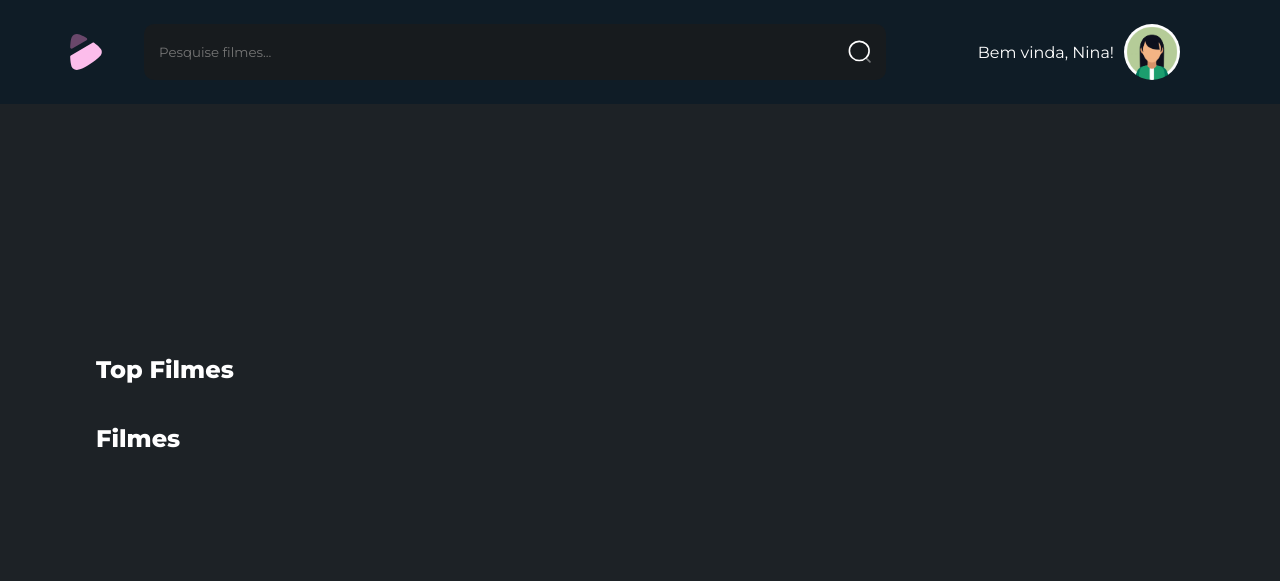
Repository: MilenaMelo/Cubos-Flix
Page: / (app in cubos-flix/)
These files come from the project's save history. The page is drawn as it stood at one moment and after a run of saves; the edit follows.
The browser window is 1280 px wide. The pictures show the whole page.
The project was rebuilt for these pictures with package versions that can differ from the ones it lists, and the page was loaded fresh each time. Also part of the build but not shown: cubos-flix/src/components/Bag/style.css.

Above is the page before, as saved 2021-06-19 15:02:38.

### cubos-flix/public/index.html
<!DOCTYPE html>
<html lang="en">
  <head>
    <meta charset="utf-8" />
    <link rel="icon" href="%PUBLIC_URL%/favicon.ico" />
    <meta name="viewport" content="width=device-width, initial-scale=1" />
    <meta name="theme-color" content="#000000" />
    <meta
      name="description"
      content="Web site created using create-react-app"
    />
    <link rel="apple-touch-icon" href="%PUBLIC_URL%/logo192.png" />
    <link rel="manifest" href="%PUBLIC_URL%/manifest.json" />
    <title>Cubos Flix</title>
  </head>
  <body>
    <noscript>You need to enable JavaScript to run this app.</noscript>
    <div id="root"></div>

  </body>
</html>

### cubos-flix/src/App.js
import './App.css';
import Navbar from './components/Navbar';
import Bag from './components/Bag';


function App() {
  return (
    <div className="app">
      <header className="header">
        <Navbar/>
      </header>
      <section className="content">
        <div className="top-movies">
          <h1>Top Filmes</h1>

        </div>
        <div className="all-movies">
          <h1>Filmes</h1>

        </div>

      </section>
      <section className="side-content">
        <Bag/>
      </section>
    </div>
  );
}

export default App;

### cubos-flix/src/App.css
@import url('https://fonts.googleapis.com/css2?family=Montserrat:wght@400;600;800&display=swap');

/* ----------- SCREEN ----------- */
* {
    margin: 0px;
    font-family: 'Montserrat', sans-serif;
    color: #FFFFFF;
}

/* ----------- APPLICATION ----------- */

.app {
    height: 100vh;
    display: grid;
    grid-template-areas: 'header header'
                         'content side-content';
    grid-gap: 24px 50px;
    background-color: #1D2226;
}

.header {
    grid-area: header;
}

.content {
    grid-area: content;
}

.side-content {
    grid-area: side-content;
}

/* ----------- MAIN CONTENT ----------- */

.content {
    padding-left: 96px;
}

.top-movies, .all-movies {
    margin-bottom: 40px;
}

### cubos-flix/src/components/Navbar/index.js
import './style.css'
import logo from '../../assets/images/logo.svg'
import search_icon from '../../assets/images/search-icon.svg'
import profile_img from '../../assets/images/profile.jpg'


function Navbar() {
    return (
        <header className='navbar'>
            <img className='logo' src={logo} alt="logo"/>
            <div className='search-container'>
                <input className='search-input' type="text" name="Pesquisa" placeholder="Pesquise filmes..."/>
                <img className='search-img' src={search_icon} alt="Input de pesquisa"/>
            </div>
            <div className='profile-container'>
                <span>Bem vinda, Nina!</span>
                <img className='profile-img' src={profile_img} alt="Foto de perfil"/>
            </div>
        </header>
    );
}

export default Navbar;

### cubos-flix/src/components/Bag/index.js
import './style.css'

function Bag() {
    return (
        <div className='bag-container'>
          <header className='bag-header'>

          </header>
          <div className='bag-content'>

          </div>
        </div>
    );
}

export default Bag;

### cubos-flix/src/components/Navbar/style.css
/* ----------- NAVBAR ----------- */

.navbar {
    display: flex;
    padding: 24px 100px 24px 70px;
    background: #0F1C26;
}

/* ----------- LOGO ----------- */

.logo {
    margin-right: 42px;
}

/* ----------- SEARCH ----------- */

.search-container {
    display: flex;
    flex-grow: 1;
    position: relative;
    margin-right: 92px;
}

.search-input {
    width: 100%;
    outline: 0;
    padding: 16px 14px;
    border-radius: 10px;
    border: 1px solid transparent;
    background: #171B1E;
}

.search-input:hover {
    border: 1px solid #8C8C8C;
}

.search-input:focus {
    border: 1px solid #FDFDFD;
}

.search-img {
    height: 24px;
    cursor: pointer;
    align-self: center;
    position: absolute;
    right: 15px;
}

/* ----------- PROFILE ----------- */

.profile-container {
    display: flex;
    align-items: center;
    gap: 10px;
}

.profile-img {
    height: 56px;
    border-radius: 50%;
}

Loaded but not shown: cubos-flix/src/index.js (common file)

After the next 2 saves:
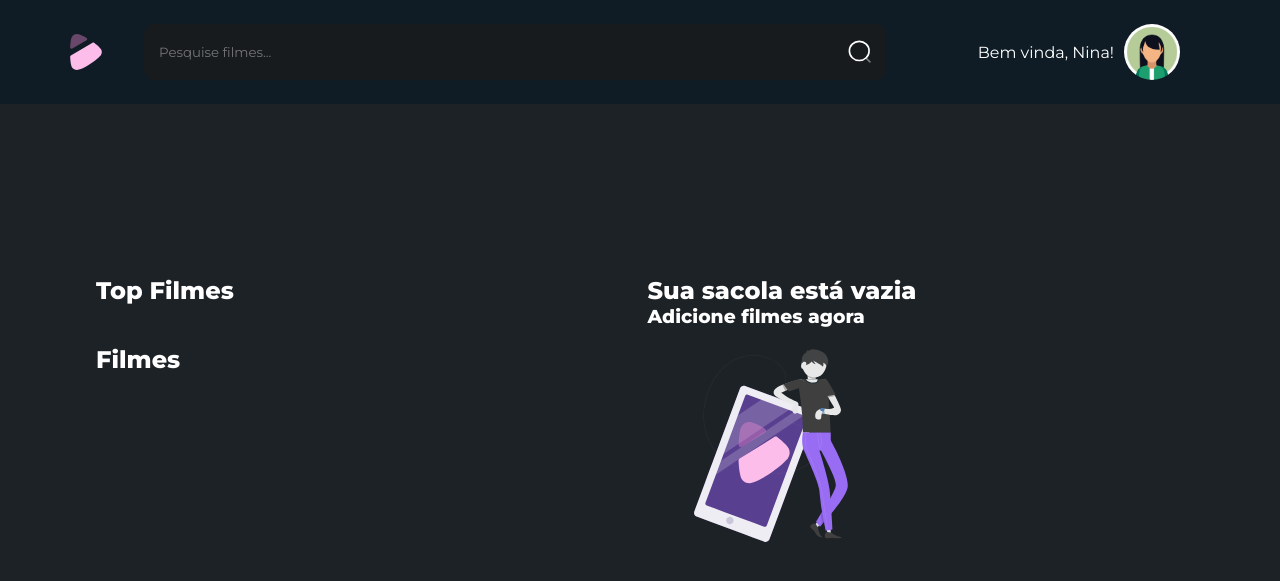
The 2 saves are shown as one change because 1 did not build or start.
The last was saved 111 s later.
--- a/cubos-flix/src/components/Bag/index.js
+++ b/cubos-flix/src/components/Bag/index.js
@@ -1,4 +1,5 @@
 import './style.css'
+import bag_logo from '../../assets/images/person-illustration.svg'
 
 function Bag() {
     return (
@@ -7,7 +8,9 @@ function Bag() {
 
           </header>
           <div className='bag-content'>
-
+            <h1>Sua sacola está vazia</h1>
+            <h3>Adicione filmes agora</h3>
+            <img src={bag_logo} alt="" />
           </div>
         </div>
     );
